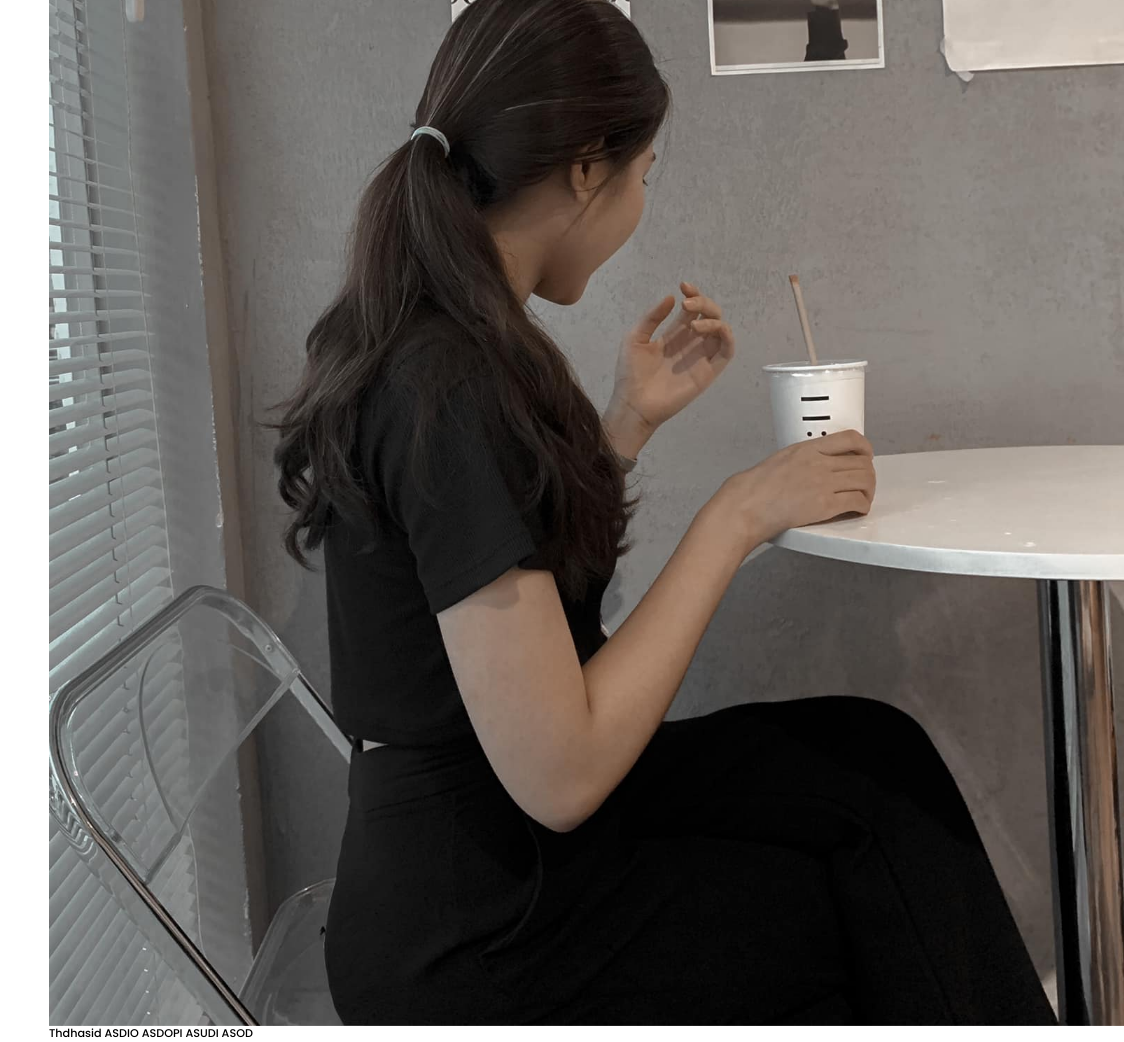
Repository: lausamtuong/Cut-psd-to-html
Page: index.html
An editor plug-in stored every save of this project. The page is shown before and after a run of saves, followed by the edit.
The browser window is 1280 px wide. The page is 1606 px wide, so the pictures cover 1606 px, including what lies to the right of the window. The pictures show the part of the page from y = 1781 to 3301 px (the page is 3269 px tall before and 3301 px after), at 70% of full size.
Some web libraries are served in a nearby version. The style sheet was rebuilt from its Sass, Less or Tailwind sources for each picture, by a compiler version that may differ from the author's.

Above is the page before, as saved 2021-12-07 08:23:06.

### index.html
<!DOCTYPE html>
<html lang="en">
<head>
    <meta charset="UTF-8">
    <meta http-equiv="X-UA-Compatible" content="IE=edge">
    <meta name="viewport" content="width=device-width, initial-scale=1.0">
    <script src="https://unpkg.com/babel-standalone@6/babel.min.js"></script>
    <link rel="stylesheet" href="https://cdnjs.cloudflare.com/ajax/libs/font-awesome/6.0.0-beta3/css/all.min.css" integrity="sha512-Fo3rlrZj/k7ujTnHg4CGR2D7kSs0v4LLanw2qksYuRlEzO+tcaEPQogQ0KaoGN26/zrn20ImR1DfuLWnOo7aBA==" crossorigin="anonymous" referrerpolicy="no-referrer" />
    <title>Playground</title>
    <link
        rel="stylesheet"
        type="text/css"
        href="https://cdn.jsdelivr.net/npm/slick-carousel@1.8.1/slick/slick.css"
      />
    <link rel="stylesheet" href="style.css">
    <link rel="stylesheet" href="reset.css">
    <link href="https://fonts.googleapis.com/css2?family=Lato:ital,wght@1,700;1,900&family=Poppins:wght@300;500;700&display=swap" rel="stylesheet">

</head>
<body>
    <div class="wrapper">
        <header class="header">
            <div class="container header__iner">
                <a href="index.html" class="logo">
                    <span class="logo__text">Image</span>Tour
                </a>
                <nav class="header__menu">
                    <ul class="header__menu-list">
                        <li class="header__menu-item">
                            <a href="#" class="header__menu-link">Events</a>
                        </li>
                        <li class="header__menu-item">
                            <a href="#" class="header__menu-link">Pricing</a>
                        </li>
                        <li class="header__menu-item">
                            <a href="#" class="header__menu-link">Blog</a>
                        </li>
                        <li class="header__menu-item">
                            <a href="#" class="header__menu-link btn btn--border btn--rounded">Login</a>
                        </li>
                    </ul>
                </nav>
            </div>
        </header>
        <section class="banner">
            <div class="container">
                <h1 class="banner__headding">
                   The Images Tour
                </h1>
                <p class="banner__decs">New exxperiences for you </p>
                <div class="banner__buttons">
                    <a href="" class="btn btn--border btn--rounded">Explore</a>
                    <a href="" class="btn btn--rounded btn--primary">Buy Tickets</a>
                </div>
            </div>
        </section>
        <section class="category">
            <div class="container">
                <ul class="category-list">
                </ul>
            </div>
        </section>
        <section class="fearture">
            <div class="container">
                <div class="fearture__item">
                    <div class="fearture__img">
                        <img src="./img/5.jpg" alt="">
                    </div>
                    <div class="fearture__info">
                        <h3 class="fearture__title">Thdhasid ASDIO ASDOPI ASUDI ASOD</h3>
                    </div>
                </div>
            </div>
        </section>
    </div>
    <script
    type="text/javascript"
    src="https://code.jquery.com/jquery-1.11.0.min.js"
  ></script>
  <script
    type="text/javascript"
    src="https://code.jquery.com/jquery-migrate-1.2.1.min.js"
  ></script>
  <script
    type="text/javascript"
    src="https://cdn.jsdelivr.net/npm/slick-carousel@1.8.1/slick/slick.min.js"
  ></script>

  <script src="https://unpkg.com/react@17/umd/react.development.js" crossorigin></script>
  <script src="https://unpkg.com/react-dom@17/umd/react-dom.development.js" crossorigin></script>
  <script type="text/babel" src="./app.js"> </script>
</body>
</html>

### reset.css
/* http://meyerweb.com/eric/tools/css/reset/
   v2.0 | 20110126
   License: none (public domain)
*/

html, body, div, span, applet, object, iframe,
h1, h2, h3, h4, h5, h6, p, blockquote, pre,
a, abbr, acronym, address, big, cite, code,
del, dfn, em, img, ins, kbd, q, s, samp,
small, strike, strong, sub, sup, tt, var,
b, u, i, center,
dl, dt, dd, ol, ul, li,
fieldset, form, label, legend,
table, caption, tbody, tfoot, thead, tr, th, td,
article, aside, canvas, details, embed,
figure, figcaption, footer, header, hgroup,
menu, nav, output, ruby, section, summary,
time, mark, audio, video {
	margin: 0;
	padding: 0;
	border: 0;
	font-size: 100%;
	font: inherit;
	vertical-align: baseline;
    font-family: "Poppins",sans-serif;
}
/* HTML5 display-role reset for older browsers */
article, aside, details, figcaption, figure,
footer, header, hgroup, menu, nav, section {
	display: block;
}
body {
	line-height: 1;
}
ol, ul {
	list-style: none;
}
blockquote, q {
	quotes: none;
}
blockquote:before, blockquote:after,
q:before, q:after {
	content: '';
	content: none;
}
table {
	border-collapse: collapse;
	border-spacing: 0;
}

### app.js

  function Component(Props){
      return (
         <React.Fragment >
              <li className="category-item">
                    <img src={Props.img} alt="" className="category__img"/>
                    <h3 className="category__name">{Props.name}</h3>
                     <a href="" className="category__details">
                         {Props.ins}
                        <i className="fab fa-instagram"></i>
                    </a>
                </li>
          </React.Fragment>
      )
  }
  function App(){
      return(<React.Fragment>
        <Component img="./img/img1.png" name="Hoàng Ngọc Tú" ins="hntu2904"/>
        <Component img="./img/img2.png" name="Hoàng Ngọc Tú" ins="hntu2904"/>
        <Component img="./img/img4.png" name="Hoàng Ngọc Tú" ins="hntu2904"/>
        <Component img="./img/img5.png" name="Hoàng Ngọc Tú" ins="hntu2904"/>
        <Component img="./img/img6.png" name="Hoàng Ngọc Tú" ins="hntu2904"/>
        <Component img="./img/img7.png" name="Hoàng Ngọc Tú" ins="hntu2904"/>
        <Component img="./img/img-8.png" name="Hoàng Ngọc Tú" ins="hntu2904"/>
        <Component img="./img/img9.png" name="Hoàng Ngọc Tú" ins="hntu2904"/>

      </React.Fragment>)
  }
  ReactDOM.render(<App/>,document.querySelector(".category-list"))
  $(document).ready(function(){
    $('.category-list').slick({
        infinite: true,
        slidesToShow: 4,
        autoplay: false,
        autoplaySpeed: 1000,
        prevArrow:"<button type='button' class='slick-prev slick-arrow'><i class='fa fa-angle-left' aria-hidden='true'></i></button>",
        nextArrow:"<button type='button' class='slick-next slick-arrow'><i class='fa fa-angle-right' aria-hidden='true'></i></button>"

    });
  });

### style.scss
$primary-color:#ffc87a;
$text-color:#1b2b5f;
a{
    text-decoration: none;
    &:hover{
        opacity: 0.9;
    }
    &:focus{
        color:$text-color
    }
}
.container{
    padding: 0 70px;
    max-width: 1500px;

    margin: 0 auto;

}
.header{
    padding-top: 4rem;
    &__iner{
        display: flex;
        justify-content:space-between;
        align-items: center;

    }
    &__menu{
        &-list{
        display: flex;
        align-items: center;
        }
        &-item{
            margin-left: 5rem;
            &:last-child{
                margin-left: 6rem;
            }
        }
        &-link{
            font-size: 1.4rem;
            &:hover{
                color:$primary-color;
                transition:  0.3s linear;
            }
        }
    }
}
.logo{
font-size: 2.3rem;
font-weight: 600;
&:focus{
    color: $text-color;
}
&__text{
    color:$primary-color
}
}
.banner{
    padding-top:10rem;
    max-width: 1000px;
    margin: 0 auto;
    text-align: center;
    &__headding{
        font-size: 4.5rem;
        color:$text-color;
        font-weight: 900;
        margin-bottom: 2rem;

    }
    &__decs{
        font-size: 1.4rem;
        font-weight: 300;
        line-height: 1.4;
        word-break: break-word;
        margin-bottom: 3.5rem;
    }
    &__buttons{
        display: flex;
        justify-content: center;
    }

}

.btn{
    outline: none;
    margin: 0 20px;
    font-size:1.4rem;
    text-align:center;
    color:&$text-color;
    padding: 1.5rem 3rem;
    display:inline-block;
    border:0;
    cursor: pointer;
    background-color: transparent;;
    &--border {
        border:2px solid currentColor;
    }
    &--rounded{
       border-radius: 100px;
    }
    &--primary{
        background-color: $primary-color;
    }
}
.category{
    margin-top: 180px;
    font-size: 1.4rem;
    &-list{
        display: flex;
        align-items: center;
        justify-content: space-between;
    }
    &__img{
        object-fit: cover;
        width:98%;
        height: 350px;
        border-radius: 20px;
        box-shadow: rgba(50, 50, 93, 0.25) 0px 50px 100px -20px, rgba(0, 0, 0, 0.3) 0px 30px 60px -30px, rgba(10, 37, 64, 0.35) 0px -2px 6px 0px inset;      }
    &-item{
        margin-left: 10px;
    }
    &__details{
        color:#a0a3b0;
        width:100%;
        display: inline-block;
        padding-left: 10px;
    }
    &__name{
        padding:40px 0px 20px 10px ;
        color:$text-color;
    }
}
.slick-prev{


    left:-40px;


}
.slick-arrow{
    position: absolute;
    height:40px;
    width: 70px;
    top:35%;
    background-color: $primary-color;
    z-index: 3;
    border: none;
    font-weight: 600;
    cursor: pointer;
    border-radius: 30px;

}
.slick-next{
    right:-40px;

}

After the next 9 saves:
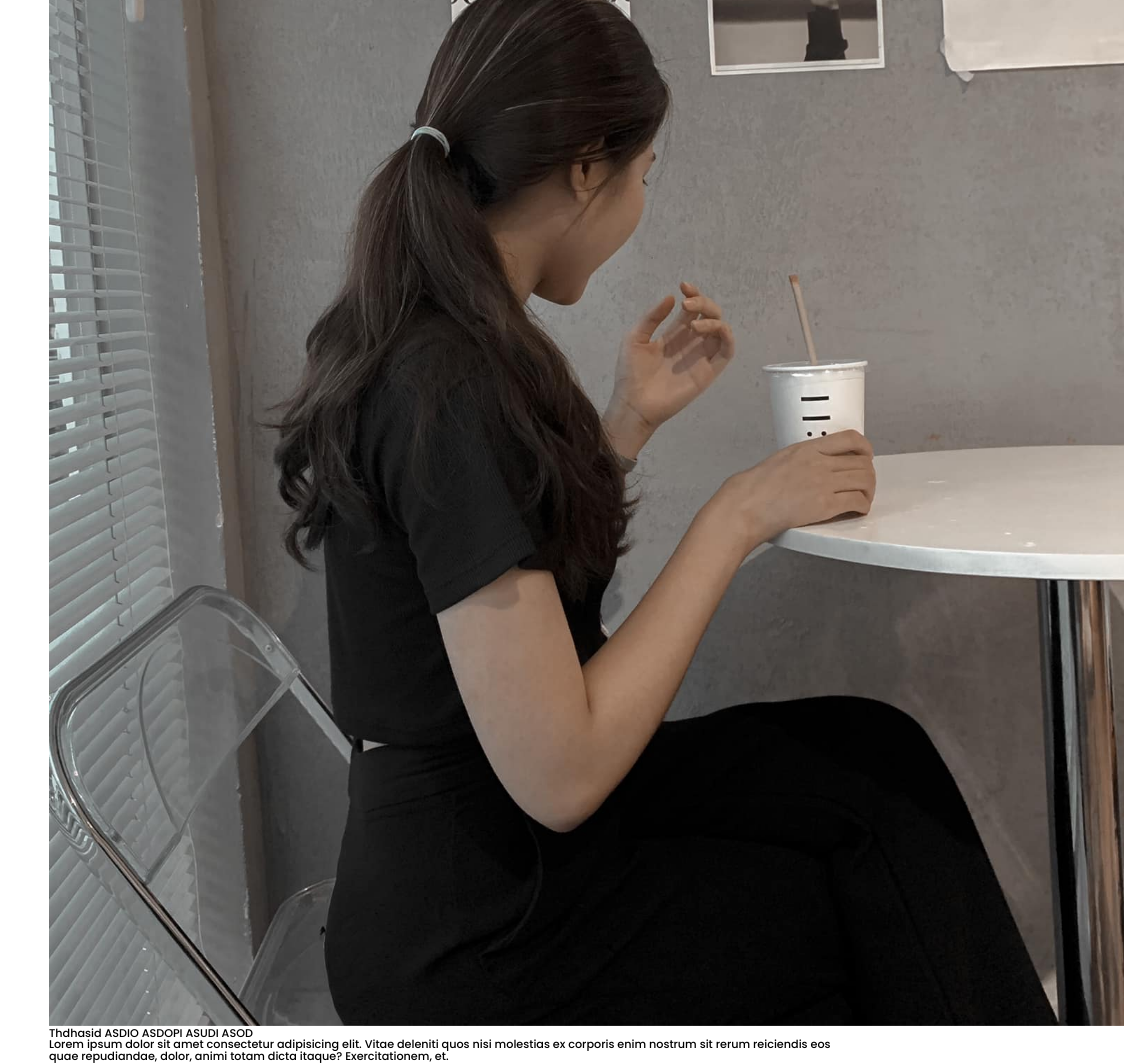
The 9 saves are shown as one change because they came seconds apart.
The last was saved 22 s later.
--- a/index.html
+++ b/index.html
@@ -68,6 +68,7 @@
                     </div>
                     <div class="fearture__info">
                         <h3 class="fearture__title">Thdhasid ASDIO ASDOPI ASUDI ASOD</h3>
+                        <p class="fearture__decs">Lorem ipsum dolor sit amet consectetur adipisicing elit. Vitae deleniti quos nisi molestias ex corporis enim nostrum sit rerum reiciendis eos quae repudiandae, dolor, animi totam dicta itaque? Exercitationem, et.</p>
                     </div>
                 </div>
             </div>
